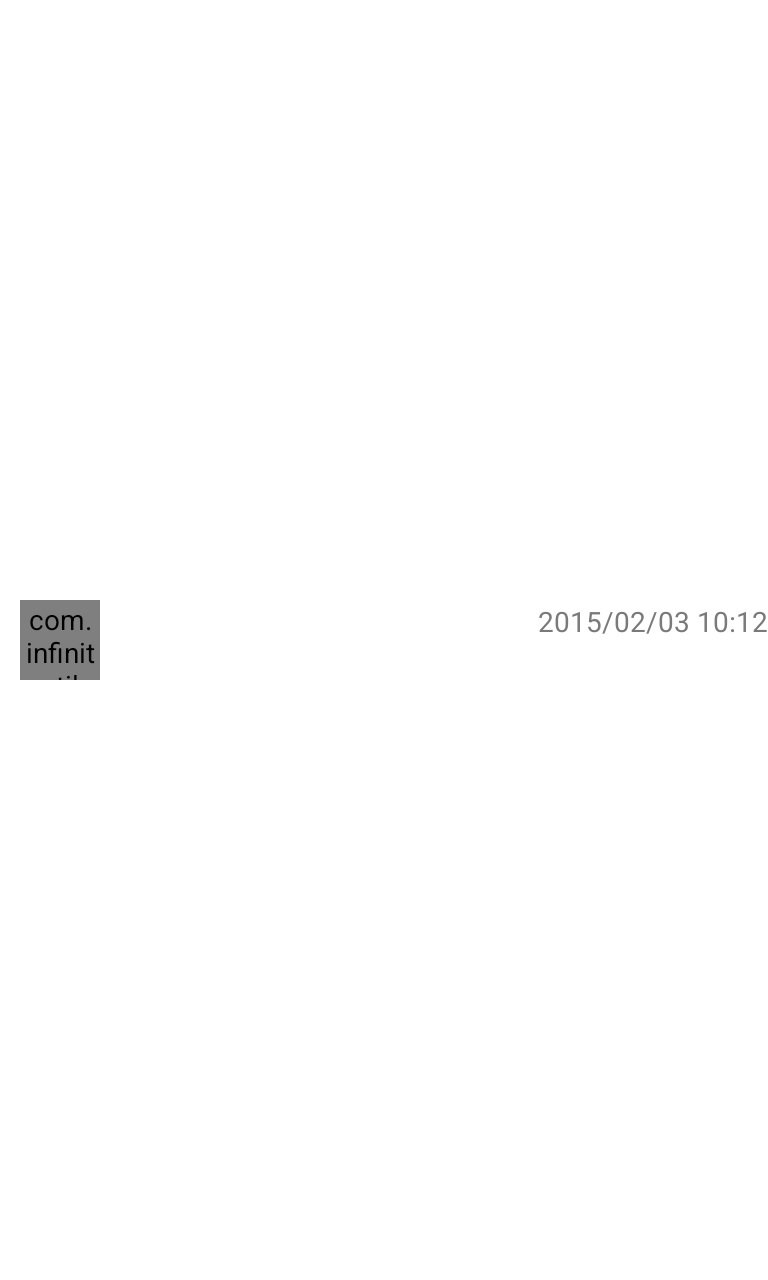
Repository: Chion82/WeFriends
Layout: WeFriends/res/layout/contact_list_item_view.xml
These files come from the project's save history. The layout is drawn as it stood at one moment and after the next save; the edit follows.
Pictures or frames that could not be fetched are drawn as grey boxes. It is drawn on a 768 x 1280 px phone screen (xhdpi) without system bars, with theme android:Theme.Holo; the app's code is not run.

Above is the layout before, as saved 2015-03-13 03:02:29.

After the next save:
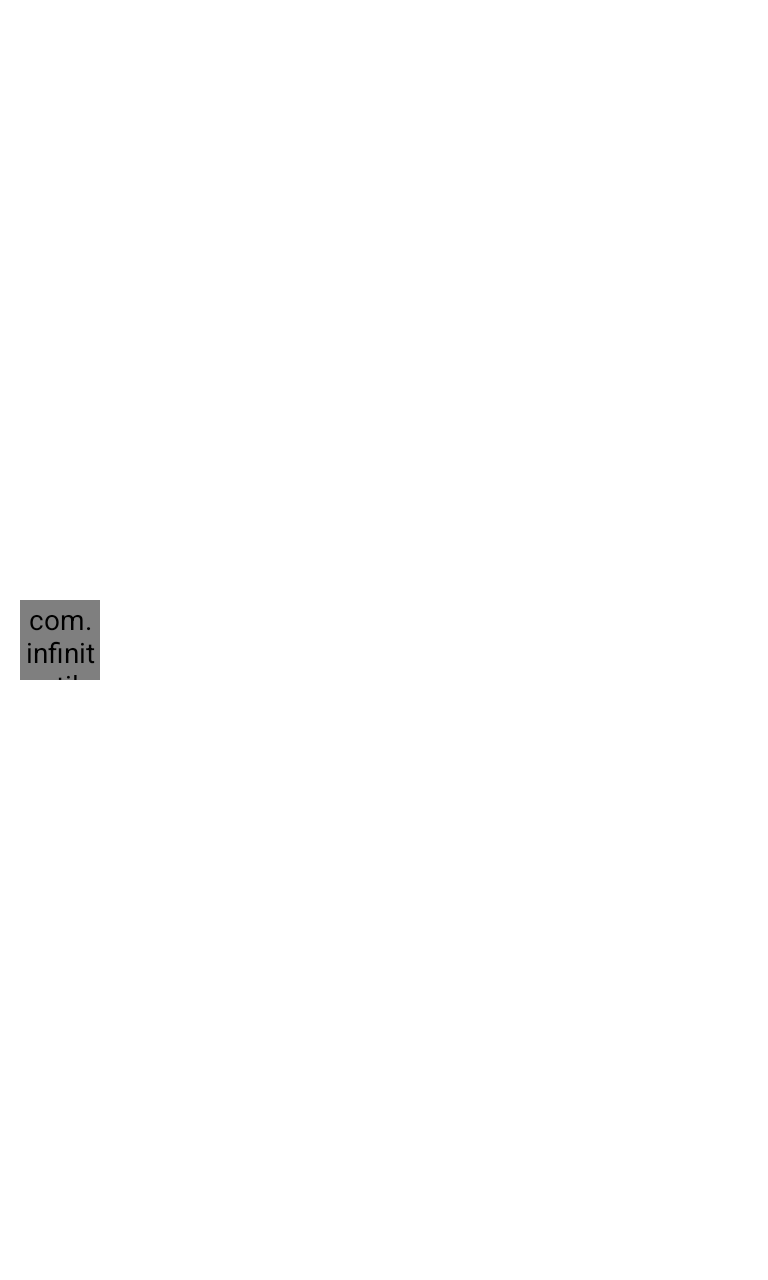
Saved 25 s later.
--- a/WeFriends/res/layout/contact_list_item_view.xml
+++ b/WeFriends/res/layout/contact_list_item_view.xml
@@ -44,8 +44,7 @@
 		        android:layout_width="wrap_content"
 		        android:textColor="#7A7A7A"
 		        android:singleLine="true"
-		        android:layout_alignParentRight="true"
-		        android:text="2015/02/03 10:12" />
+		        android:layout_alignParentRight="true" />
 	    </RelativeLayout>
 	    <TextView android:id="@+id/contact_list_item_view_subtitle"
 	        android:layout_height="wrap_content"
